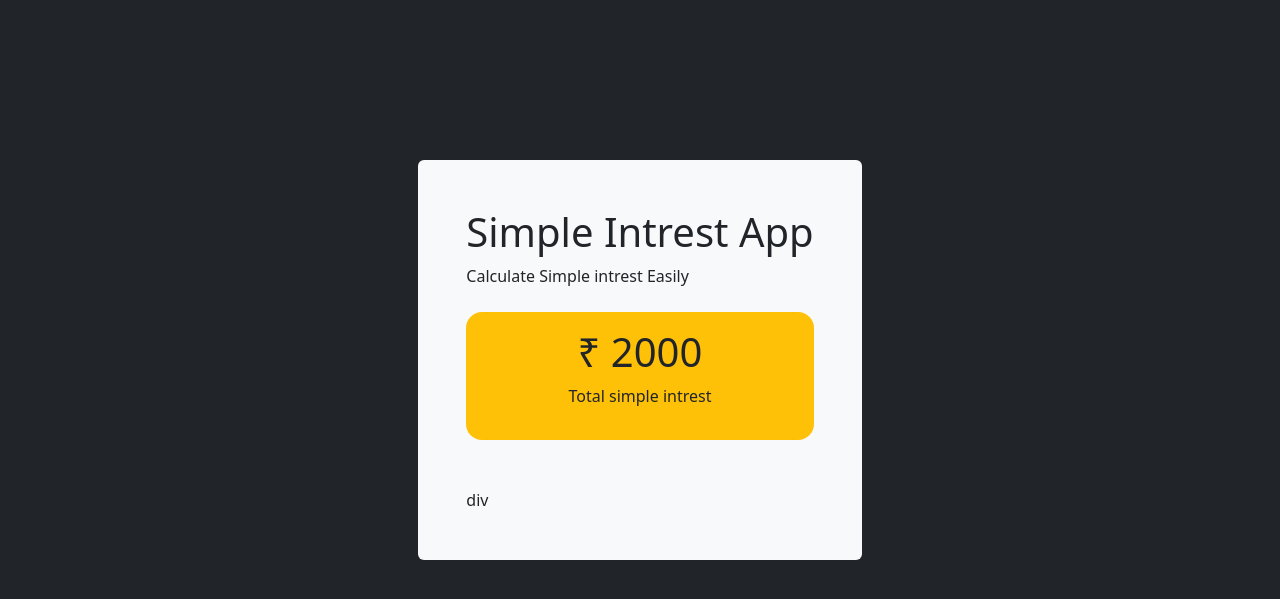
Repository: Afraz13/simple-intrest
Page: /
An editor plug-in stored every save of this project. The page is shown before and after the next save, followed by the edit.
The browser window is 1280 px wide. The pictures show the whole page.
The project was rebuilt for these pictures with package versions that can differ from the ones it lists, and the page was loaded fresh each time. Also part of the build but not shown: src/index.css, src/App.css.

Above is the page before, as saved 2024-07-15 20:33:24.

After the next save:
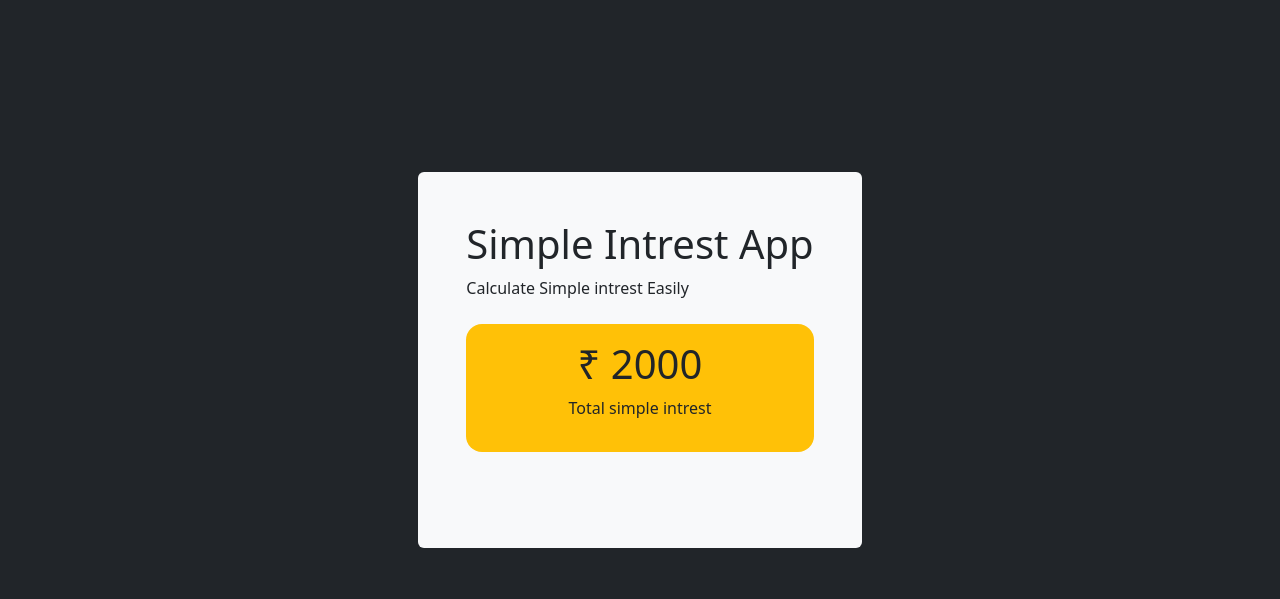
Saved 13 s later.
--- a/src/App.js
+++ b/src/App.js
@@ -12,7 +12,9 @@ function App() {
       <p>Total simple intrest</p>
     </div>
     <form action="" className='mt-5'>
-     div
+     <div cl>
+
+     </div>
     </form>
     </div>
     </div>
